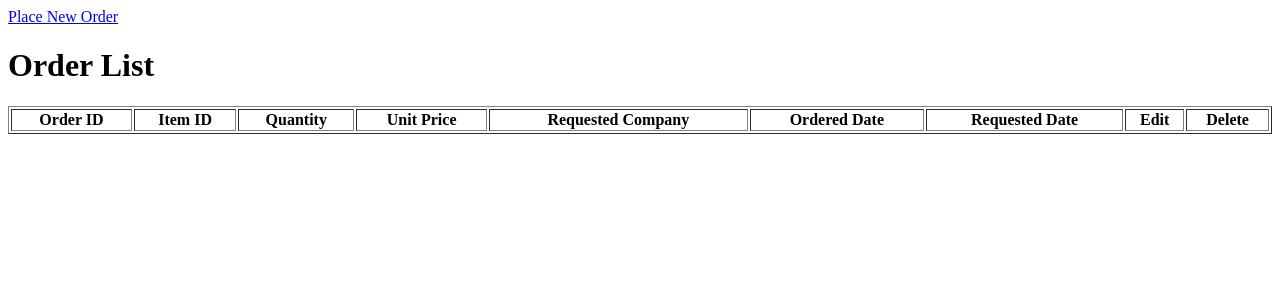
Repository: nirmaniPathiranage/CSSE-Procurement-Management
Page: http://localhost/Item_Management/ListOrderServlet
The author's editor kept a copy of each file at every save. The page is drawn from the files as they stood at one save, then again after the next save.
The browser window is 1280 px wide. The pictures show the whole page.
The page is served by Tomcat 9. Queries for data that is not in the repository find no rows.

Above is the page before, as saved 2019-09-28 17:31:18.

After the next save:
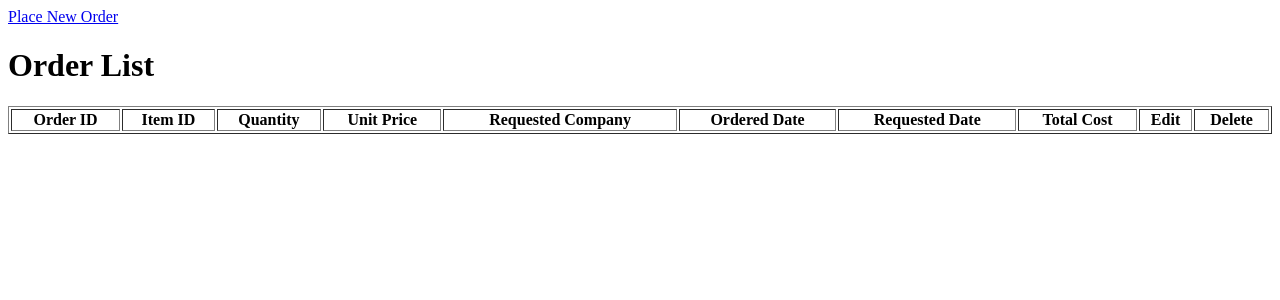
Saved 3 min 31 s later.
--- a/Item_Management/src/com/mvc/servlet/ListOrderServlet.java
+++ b/Item_Management/src/com/mvc/servlet/ListOrderServlet.java
@@ -45,12 +45,12 @@ public class ListOrderServlet extends HttpServlet {
 
 		out.print("<table border='1' width='100%'");
 		out.print(
-				"<tr><th>Order ID</th><th>Item ID</th><th>Quantity</th><th>Unit Price</th><th>Requested Company</th><th>Ordered Date</th><th>Requested Date</th><th>Edit</th><th>Delete</th></tr>");
+				"<tr><th>Order ID</th><th>Item ID</th><th>Quantity</th><th>Unit Price</th><th>Requested Company</th><th>Ordered Date</th><th>Requested Date</th><th>Total Cost</th><th>Edit</th><th>Delete</th></tr>");
 
 		for (Order order : list) {
 			out.print("<tr><td>" + order.getOrderID() + "</td><td>" + order.getItemID() + "</td><td>"
 					+ order.getQuantity() + "</td><td>" + order.getUnitPrice() + "</td><td>" + order.getCompany()
-					+ "</td><td>" + order.getOrderDate() + "</td><td>" + order.getRequestedDate()
+					+ "</td><td>" + order.getOrderDate() + "</td><td>" + order.getRequestedDate() + "</td><td>" + order.getTotal()
 					+ "</td><td><a href='UpdateOrderServlet?orderid=" + order.getOrderID()
 					+ "'>edit</a></td><td><a href='DeleteOrderServlet?orderid=" + order.getOrderID()
 					+ "'>delete</a></td></tr>");
